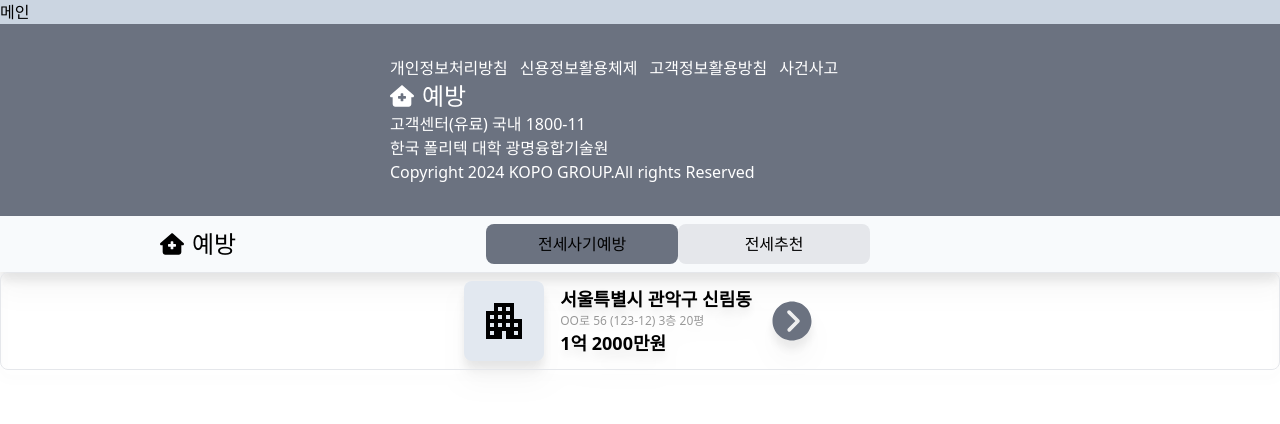
Repository: hanaTI-team-1/frontend
Page: /
An editor plug-in stored every save of this project. The page is shown before and after the next save, followed by the edit.
The browser window is 1280 px wide. The pictures show the whole page.
The project was rebuilt for these pictures with package versions that can differ from the ones it lists, and the page was loaded fresh each time. Also part of the build but not shown: vite.config.js, src/App.css, src/components/Recommend.jsx, src/components/Protect.jsx.

Above is the page before, as saved 2024-07-11 21:40:26.

### src/App.jsx
import { Route, Routes } from "react-router-dom";
import "./App.css";
import Main from "./components/Main";
import Recommend from "./components/Recommend";
import Protect from "./components/Protect";

function App() {
  return (
    <>
      <Routes>
        <Route path="/" element={<Main />} />
        <Route path="/protect" element={<Protect />} />
        <Route path="/recommend" element={<Recommend />} />
      </Routes>
    </>
  );
}

export default App;

### src/components/Main.jsx
import { Footer } from './Footer';
import { Header } from './Header';
import { JeonseCard } from './JeonseCard';

export default function Main() {
  return (
    <>
      <div className="bg-slate-300">메인</div>
      <Footer />
      <Header />
      <ul>
        <JeonseCard address1={"서울특별시 관악구 신림동"} address2={"OO로 56 (123-12) 3층 20평"} price={"1억 2000만원"}/>
      </ul>
    </>
  );
}

### src/components/Footer.jsx
import { Logo } from './Logo'

export const Footer = () => {
  return <footer className='h-48 flex items-center justify-center bg-gray-500 text-white'>
    <div className='min-w-[500px]'>
      <nav>
        <ul className='flex gap-3'>
          <li className='cursor-pointer'>개인정보처리방침</li>
          <li className='cursor-pointer'>신용정보활용체제</li>
          <li className='cursor-pointer'>고객정보활용방침</li>
          <li className='cursor-pointer'>사건사고</li>
        </ul>
      </nav>
      <div><Logo /></div>
      <div>고객센터(유료) 국내 1800-11</div>
      <div>한국 폴리텍 대학 광명융합기술원</div>
      <div>Copyright 2024 KOPO GROUP.All rights Reserved</div>
    </div>
  </footer>
}

### src/components/Header.jsx
import { Logo } from './Logo'
import { Link } from 'react-router-dom'

export const Header = () => {
  return <header className='bg-slate-50 xl:px-40 flex w-full h-14 items-center justify-between drop-shadow-xl'>
    <Logo />
    <nav className='flex'>
      {/* 클릭하면 /proctect로 이동 */}
      <Link to={"/protect"}
        className='h-10 leading-10 rounded-lg bg-gray-500 text-center w-48 cursor-pointer hover:bg-gray-600 hover:rounded-full duration-150'
      >
        전세사기예방
      </Link>
      {/* 클릭하면 /로 이동 */}
      <Link to={"/recommend"}
        className='h-10 leading-10 rounded-lg bg-gray-200 text-center w-48 cursor-pointer hover:bg-gray-300 hover:rounded-full duration-150'
      >
        전세추천
      </Link>
    </nav>
    <div />
  </header>

}

### src/components/JeonseCard.jsx
import { IoIosArrowDroprightCircle } from 'react-icons/io'
import { MdApartment } from 'react-icons/md'

export const JeonseCard = ({address1, address2, price}) => {
  return <li className='flex gap-4 p-2 border drop-shadow-xl items-center justify-center cursor-pointer rounded-lg'>
    {/* right box */}
      <div className='flex gap-4 items-center'>
        {/* icon */}
        <div className='h-20 w-20 flex items-center justify-center bg-slate-200 rounded-lg'>
          <MdApartment size={48}/>
        </div>
        <div className='flex flex-col'>
          <span className='font-bold text-lg'>{address1}</span>
          <span className='text-xs opacity-40'>{address2}</span>
          <span className='font-bold text-lg'>{price}</span>
        </div>
        <div>
          <IoIosArrowDroprightCircle size={48} className='text-gray-500'/>
        </div>
      </div>
  </li>
}

### src/components/Logo.jsx
import { FaHouseMedical } from 'react-icons/fa6'
import { Link } from 'react-router-dom'

export const Logo = () => {
  return <Link to={"/"} className='flex items-center gap-2 cursor-pointer'>
    <FaHouseMedical size={24} />
    <span className='text-2xl'>예방</span>
  </Link>
}

Loaded but not shown: index.html (common file); src/main.jsx (common file); src/index.css (common file); tailwind.config.js (common file)

After the next save:
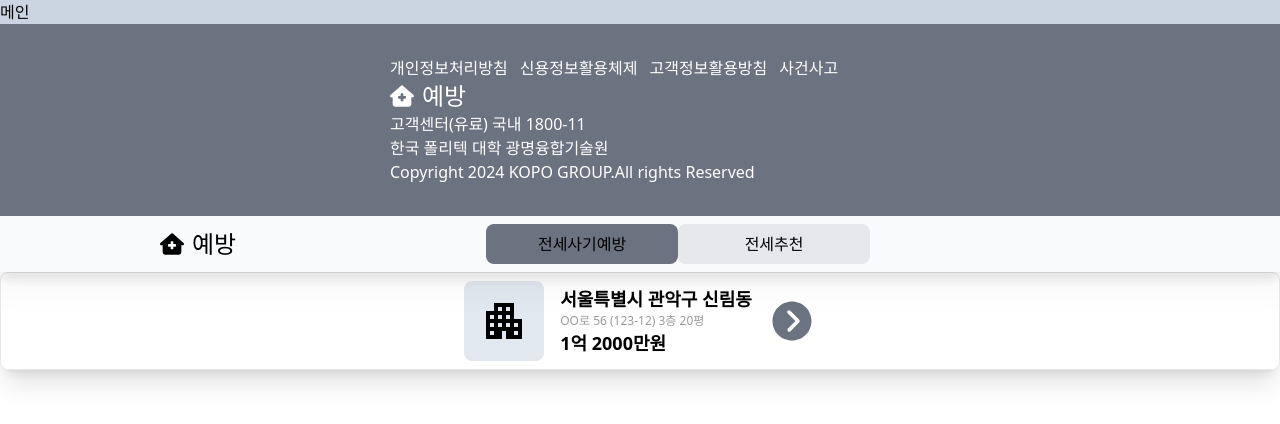
Saved 29 s later.
--- a/src/components/JeonseCard.jsx
+++ b/src/components/JeonseCard.jsx
@@ -2,7 +2,7 @@ import { IoIosArrowDroprightCircle } from 'react-icons/io'
 import { MdApartment } from 'react-icons/md'
 
 export const JeonseCard = ({address1, address2, price}) => {
-  return <li className='flex gap-4 p-2 border drop-shadow-xl items-center justify-center cursor-pointer rounded-lg'>
+  return <li className='flex gap-4 p-2 border shadow-xl items-center justify-center cursor-pointer rounded-lg'>
     {/* right box */}
       <div className='flex gap-4 items-center'>
         {/* icon */}
